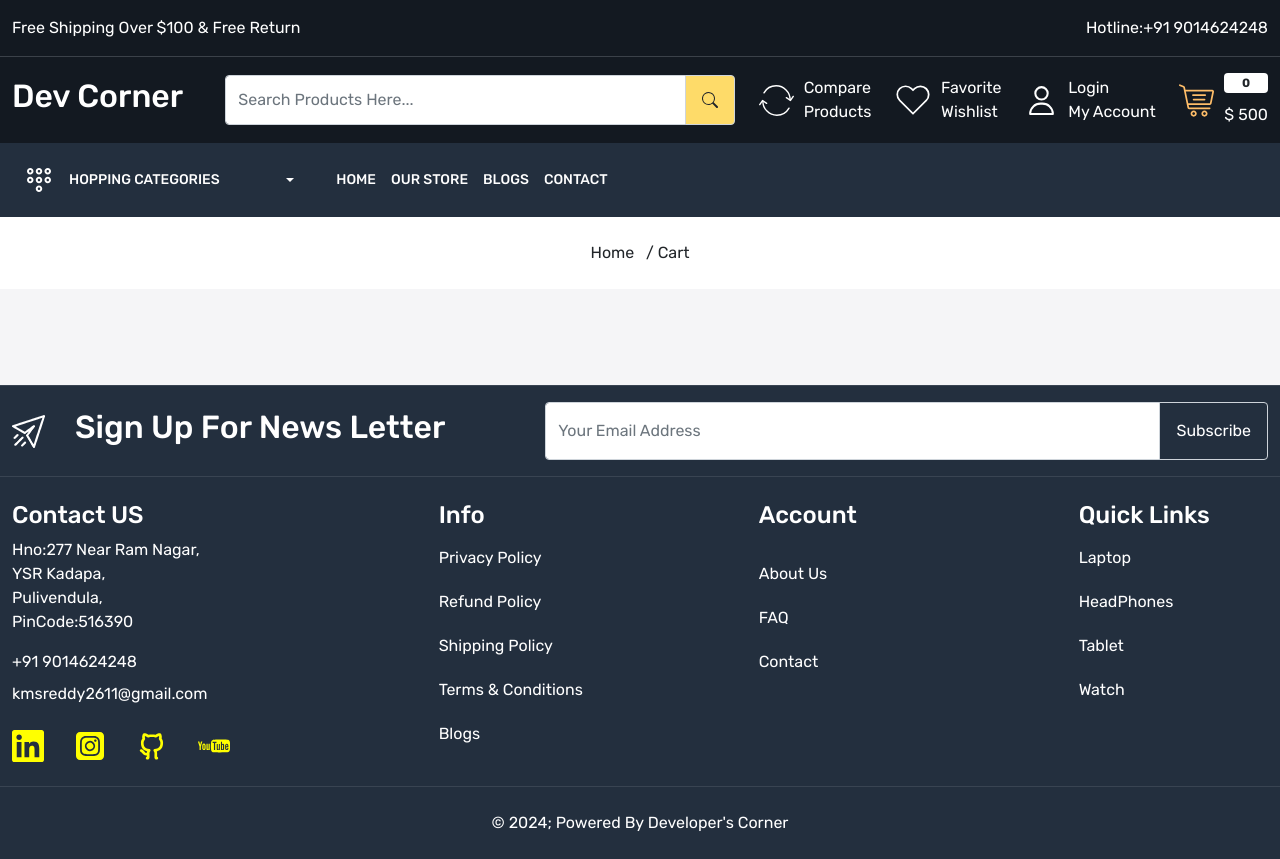
Repository: maniheist/ecommerce-app
Page: /cart
The author's editor kept a copy of each file at every save. The page is drawn from the files as they stood at one save, then again after the next save.
The browser window is 1280 px wide. The pictures show the whole page.
The project was rebuilt for these pictures with package versions that can differ from the ones it lists, and the page was loaded fresh each time. Also part of the build but not shown: src/components/BlogCard.js, src/components/ProductCard.js, src/components/SpecialProduct.js, src/pages/Home.js, src/pages/About.js, src/pages/Contact.js, src/components/Color.js, src/pages/OurStore.js and 13 more.

Above is the page before, as saved 2024-02-21 17:12:09.

After the next save:
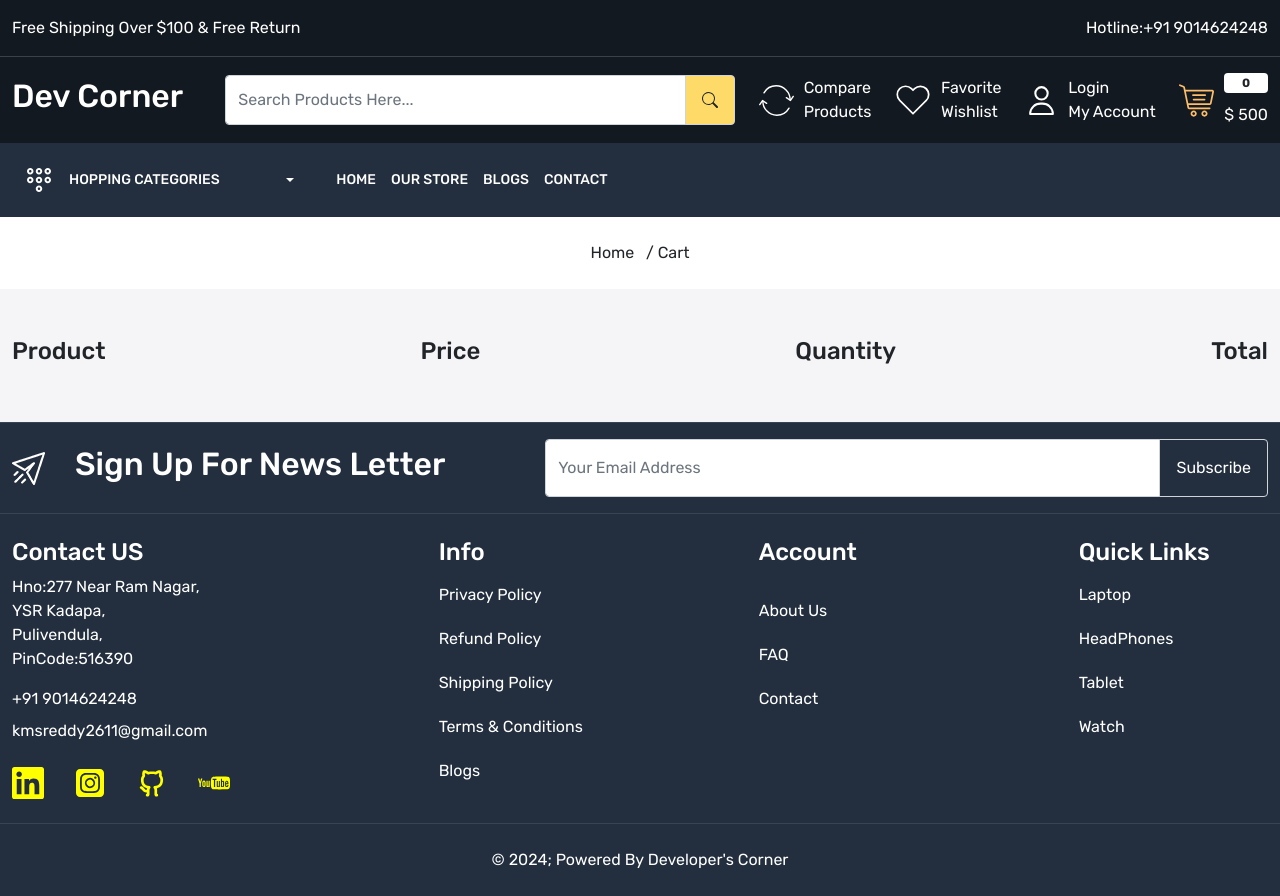
Saved 56 s later.
--- a/src/pages/Cart.js
+++ b/src/pages/Cart.js
@@ -12,6 +12,10 @@ const Cart = () => {
             <div className='row'>
                 <div className='col-12'>
                     <div className='cart-header d-flex justify-content-between align-items center'>
+                    <h4>Product</h4>
+                    <h4>Price</h4>
+                    <h4>Quantity</h4>
+                    <h4>Total</h4>
 
                     </div>
                 </div>
